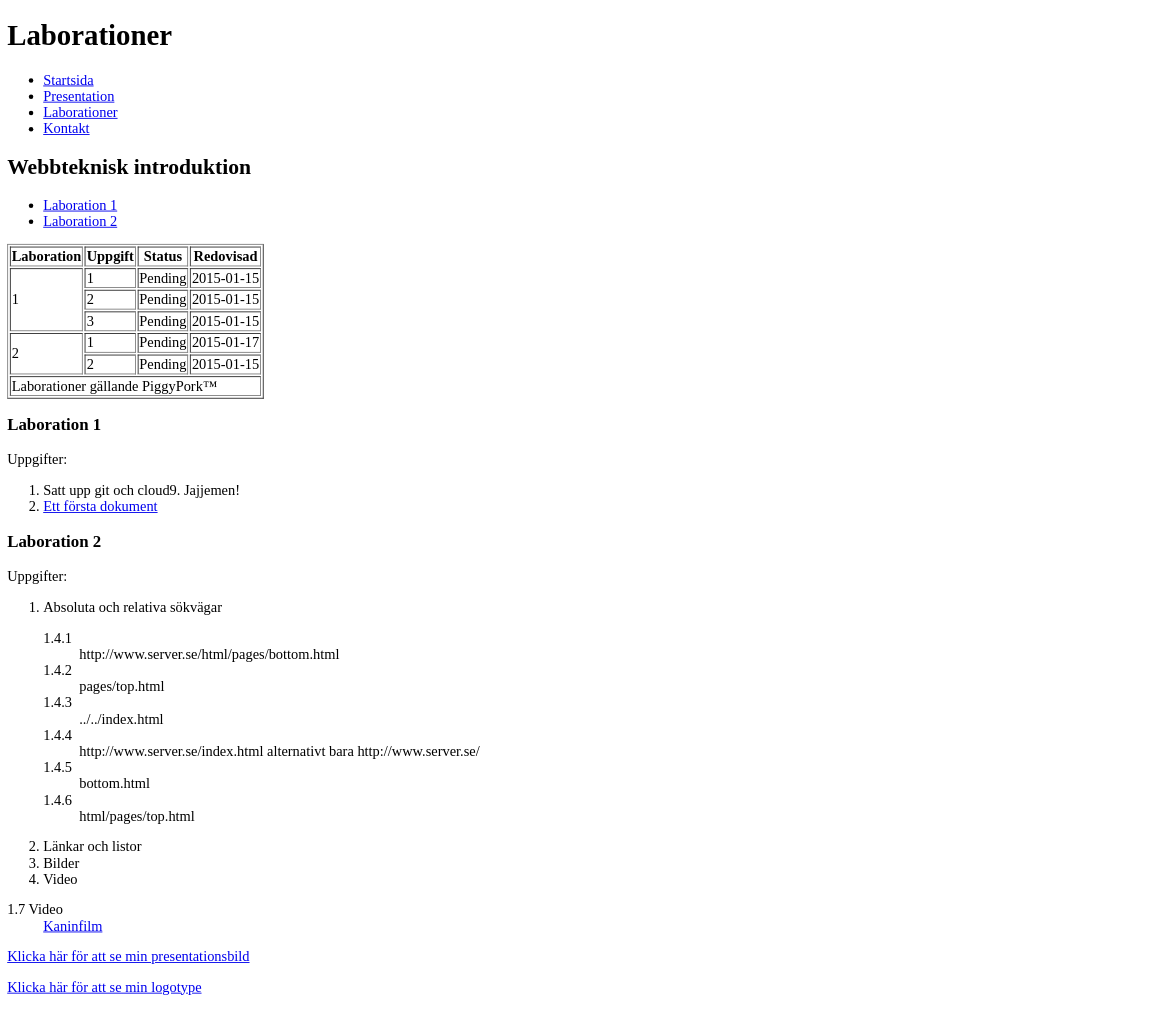
Repository: henriklideberg/labs
Page: pages/laborationer.html
The author's editor kept a record of every edit. The page is drawn from the files as they stood at one moment, then again after the next edit.
The browser window is 1280 px wide. The pictures show the whole page, at 90% of full size.

Above is the page before.

### pages/laborationer.html
<!doctype html>
<html lang="sv">
    <head>
        <meta charset="utf-8" />
        <title>Henrik | labirationer</title>
    </head>
    <body>
        <h1>Laborationer</h1>
        <ul>
            <li><a href="../index.html">Startsida</a></li>
            <li><a href="presentation.html">Presentation</a></li>
            <li><a href="laborationer.html">Laborationer</a></li>
            <li><a href="kontakt.html">Kontakt</a></li>
        </ul>

        <h2>Webbteknisk introduktion</h2>
        <ul>
            <li><a href="#lab1">Laboration 1</a></li>
            <li><a href="#lab2">Laboration 2</a></li>
        </ul>

        <table border="1">
            <thead>
                <tr>
                    <th>Laboration</th>
                    <th>Uppgift</th>
                    <th>Status</th>
                    <th>Redovisad</th>
                </tr>
            </thead>
            <tfoot>
                <tr>
                    <td colspan="4">Laborationer gällande PiggyPork™</td>
                </tr>
            </tfoot>
            <tbody>
                <tr>
                    <td rowspan="3">1</td>
                    <td>1</td>
                    <td>Pending</td>
                    <td>2015-01-15</td>
                </tr>
                <tr>
                    <td>2</td>
                    <td>Pending</td>
                    <td>2015-01-15</td>
                </tr>
                <tr>
                    <td>3</td>
                    <td>Pending</td>
                    <td>2015-01-15</td>
                </tr>
                <tr>
                    <td rowspan="6">2</td>
                    <td>1</td>
                    <td>Pending</td>
                    <td>2015-01-17</td>
                </tr>
                <tr>
                    <td>2</td>
                    <td>Pending</td>
                    <td>2015-01-15</td>
                </tr>
            </tbody>
        </table>

        <h3 id="lab1">Laboration 1</h3>
        <p>Uppgifter:</p>
        <ol>
            <li>Satt upp git och cloud9. Jajjemen!</li>
            <li><a href="../index.html">Ett första dokument</a></li>
        </ol>

        <h3 id="lab2">Laboration 2</h3>
        <p>Uppgifter:</p>
        <ol>
            <li>Absoluta och relativa sökvägar
                <dl>
                    <dt>1.4.1</dt>
                    <dd>http://www.server.se/html/pages/bottom.html</dd>
                    <dt>1.4.2</dt>
                    <dd>pages/top.html</dd>
                    <dt>1.4.3</dt>
                    <dd>../../index.html</dd>
                    <dt>1.4.4</dt>
                    <dd>http://www.server.se/index.html alternativt bara http://www.server.se/</dd>
                    <dt>1.4.5</dt>
                    <dd>bottom.html</dd>
                    <dt>1.4.6</dt>
                    <dd>html/pages/top.html</dd>
                </dl>
            </li>
            <li>Länkar och listor</li>
            <li>Bilder</li>
            <li>Video</li>
        </ol>
        <dl>
            <dt>1.7 Video</dt>
            <dd><a href="../index.html#kaninfilm">Kaninfilm</a></dd>
        </dl>

        <p><a href="presentation.html#presentationsbild">Klicka här för att se min presentationsbild</a></p>
        <p><a href="../img/logo.png">Klicka här för att se min logotype</a></p>

    </body>
</html>

After the next edit:
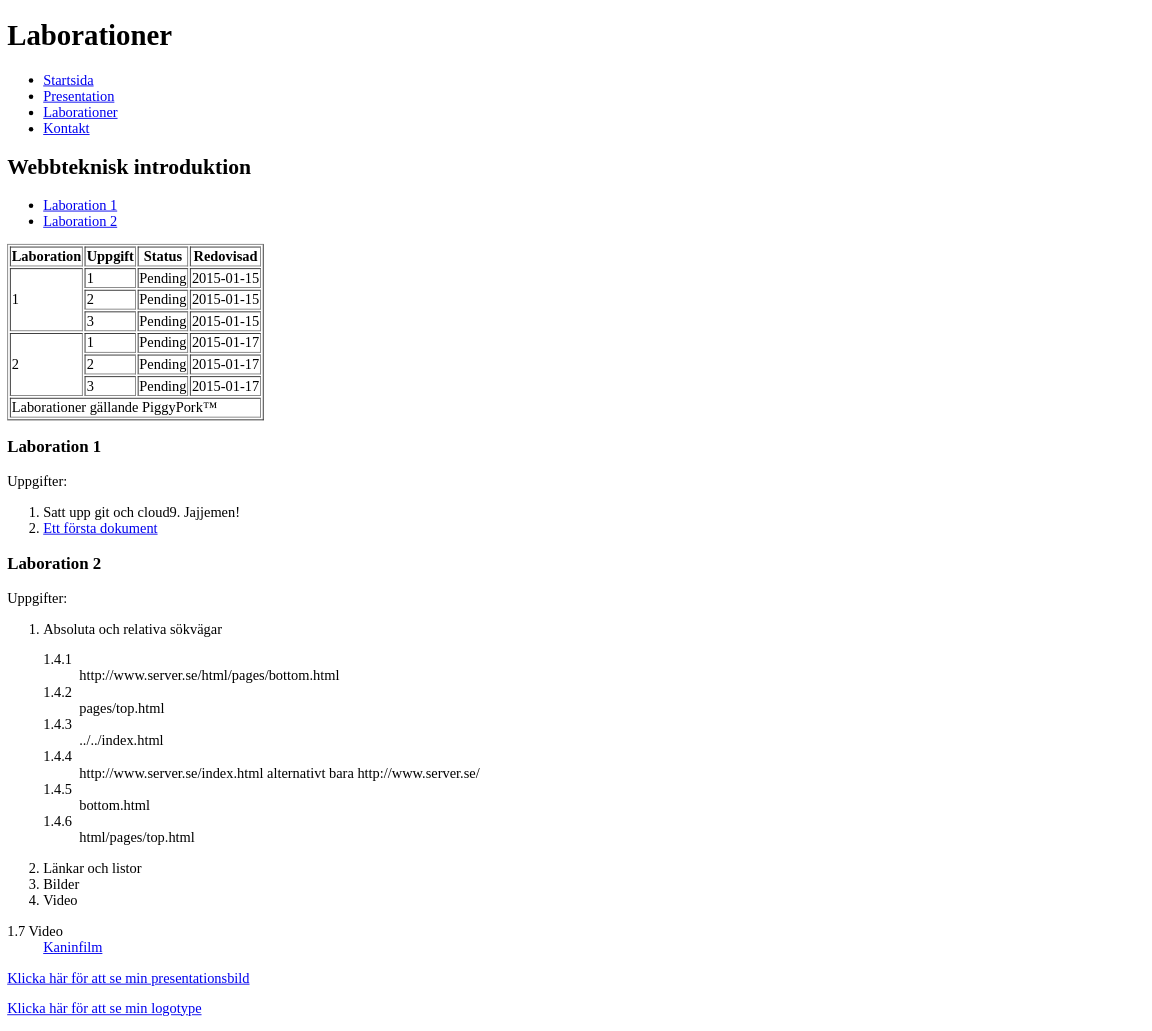
The edit:
--- a/pages/laborationer.html
+++ b/pages/laborationer.html
@@ -59,7 +59,12 @@
                 <tr>
                     <td>2</td>
                     <td>Pending</td>
-                    <td>2015-01-15</td>
+                    <td>2015-01-17</td>
+                </tr>
+                <tr>
+                    <td>3</td>
+                    <td>Pending</td>
+                    <td>2015-01-17</td>
                 </tr>
             </tbody>
         </table>
